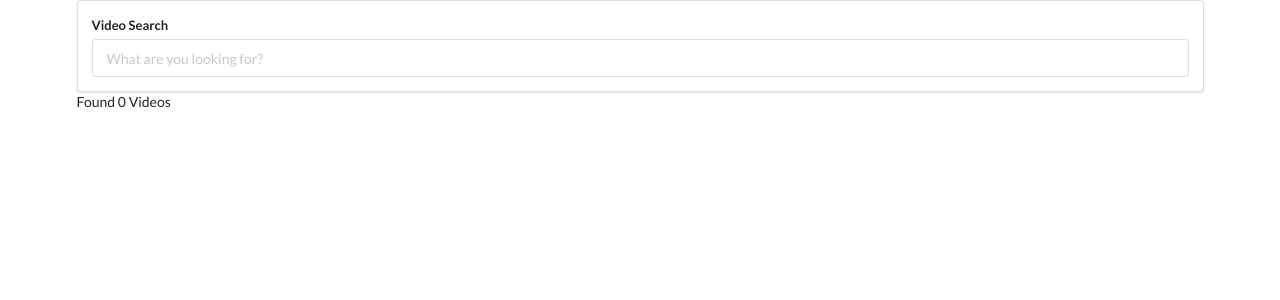
Repository: rahulkeerthi/udemy-react-video-search
Page: /
These files come from the project's save history. The page is drawn as it stood at one moment and after a run of saves; the edit follows.
The browser window is 1280 px wide. The pictures show the whole page.
The project was rebuilt for these pictures with package versions that can differ from the ones it lists, and the page was loaded fresh each time.

Above is the page before, as saved 2020-04-04 17:12:44.

### src/components/App.js
import React from "react";
import SearchBar from "./SearchBar";
import youtube from '../apis/youtube';

const KEY = 'AIzaSyDWr-tpje_mR2m4hMC5KnaO75FvyfldYvg';

class App extends React.Component {
	state = { videos: [] };

  onTermSubmit = async (term) => {
     const response = await youtube.get("/search", {
      params: {
        q: term,
				part: "snippet",
				type: 'video',
        maxResults: 5,
        key: KEY
      }
		})
		this.setState({ videos: response.data.items });
	};

	render() {
		return (
			<div className="ui container">
				<SearchBar onTermSubmit={this.onTermSubmit} />
				Found {this.state.videos.length} Videos
			</div>
		);
	}
}

export default App;

### src/components/SearchBar.js
import React from "react";

const ENTER_KEY = 13;
const WAIT_INTERVAL = 1000;

export default class SearchBar extends React.Component {
  state = { term: "" };

  timer = null;

  onInputChange = (e) => {
    clearTimeout(this.timer);
    this.setState( { term: e.target.value } );
    this.timer = setTimeout(this.triggerChange, WAIT_INTERVAL);
  }

  onKeyDown = (e) => {
    if (e.keyCode === ENTER_KEY) {
      clearTimeout(this.timer)
      this.triggerChange()
    }
  }

  triggerChange = () => {
    const { term } = this.state;
    this.props.onTermSubmit(term);
  }

  onFormSubmit = (e) => {
    e.preventDefault();
  }

	render() {
		return (
			<div className="search-bar ui segment">
				<form className="ui form" onSubmit={this.onFormSubmit} >
					<div className="field">
						<label htmlFor="search">Video Search</label>
						<input
							type="text"
							placeholder="What are you looking for?"
							value={this.state.term}
              onKeyDown={this.onKeyDown}
							onChange={this.onInputChange}
							id="search"
						/>
					</div>
				</form>
			</div>
		);
	}
}

### src/apis/youtube.js
import axios from 'axios';

export default axios.create({
  baseURL: "https://www.googleapis.com/youtube/v3"
});

Loaded but not shown: public/index.html (common file); src/index.js (common file)

After the next 2 saves:
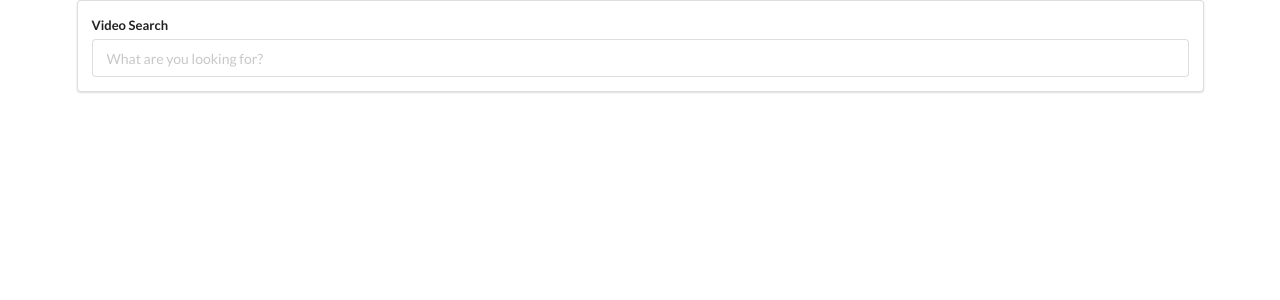
The 2 saves are shown as one change because they came seconds apart.
The last was saved 23 s later.
--- a/src/components/App.js
+++ b/src/components/App.js
@@ -24,7 +24,6 @@ class App extends React.Component {
 		return (
 			<div className="ui container">
 				<SearchBar onTermSubmit={this.onTermSubmit} />
-				Found {this.state.videos.length} Videos
 			</div>
 		);
 	}
